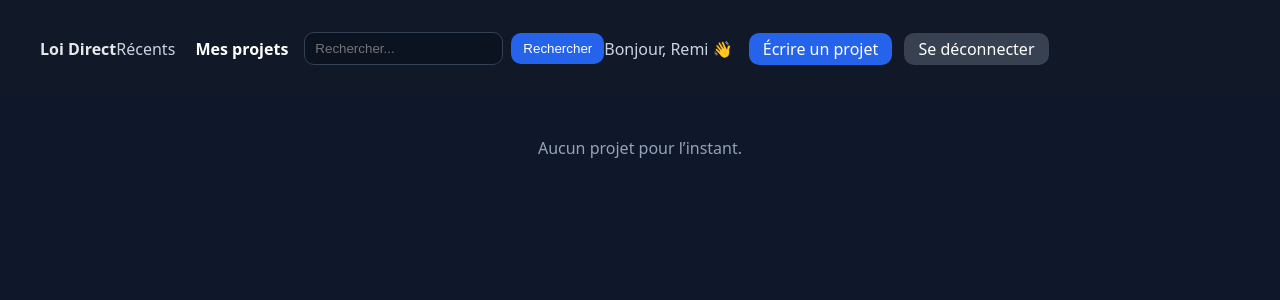
Repository: remi77130/loi-direct
Page: http://localhost/loi/index.php?mine=1
The author's editor kept a copy of each file at every save. The page is drawn from the files as they stood at one save, then again after the next save.
The browser window is 1280 px wide. The pictures show the whole page.
The page is run by PHP 8.4 with error messages shown; the project is at /var/www/html/. The session is filled in as if someone had signed in: {"user_id": 37, "pseudo": "Remi"}. The database holds what the project's SQL file puts in it.

Above is the page before, as saved 2025-09-16 13:32:12.

After the next save:
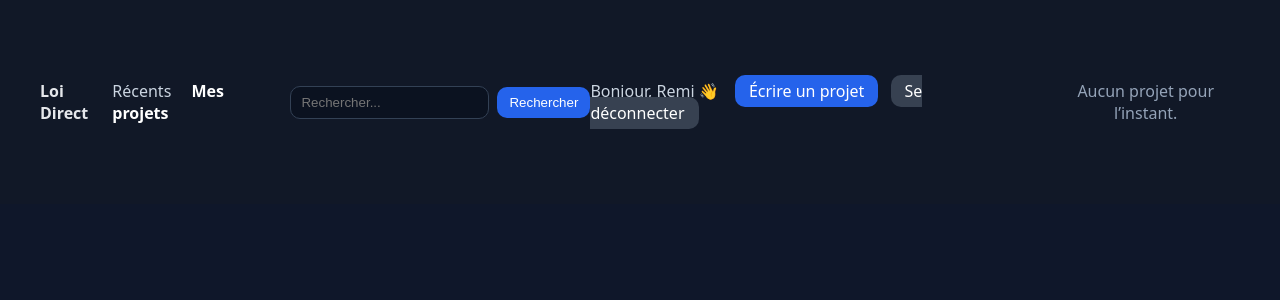
Saved 24 s later.
--- a/index.php
+++ b/index.php
@@ -148,7 +148,6 @@ $totalPages = max(1, (int)ceil($totalRows / $per));
   </div>
 </header>
 
-</header>
 
 <main class="wrap">
 
